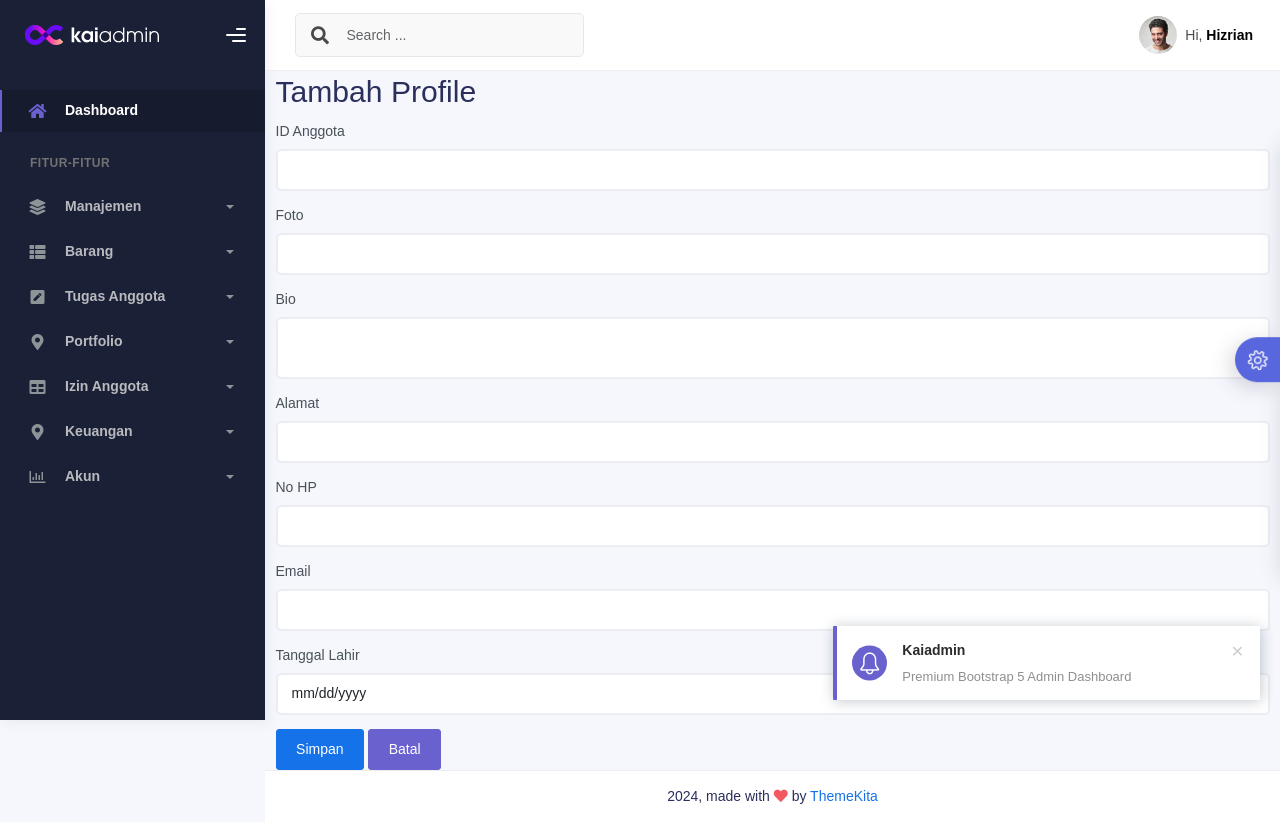
Repository: fatkquladhim/multimedia_laravel
Page: http://localhost/profile/create
These files come from the project's save history. The page is drawn as it stood at one moment and after the next save; the edit follows.
The browser window is 1280 px wide. The pictures show the whole page.
Some web fonts or font styles are not loaded; a fallback is used. The page is served by the project's Laravel application, run on PHP 8.4 with Laravel 12. A made-up administrator, Test User (test@example.com), is signed in.

Above is the page before, as saved 2025-08-17 09:36:34.
Console error: ReferenceError: jsVectorMap is not defined

After the next save:
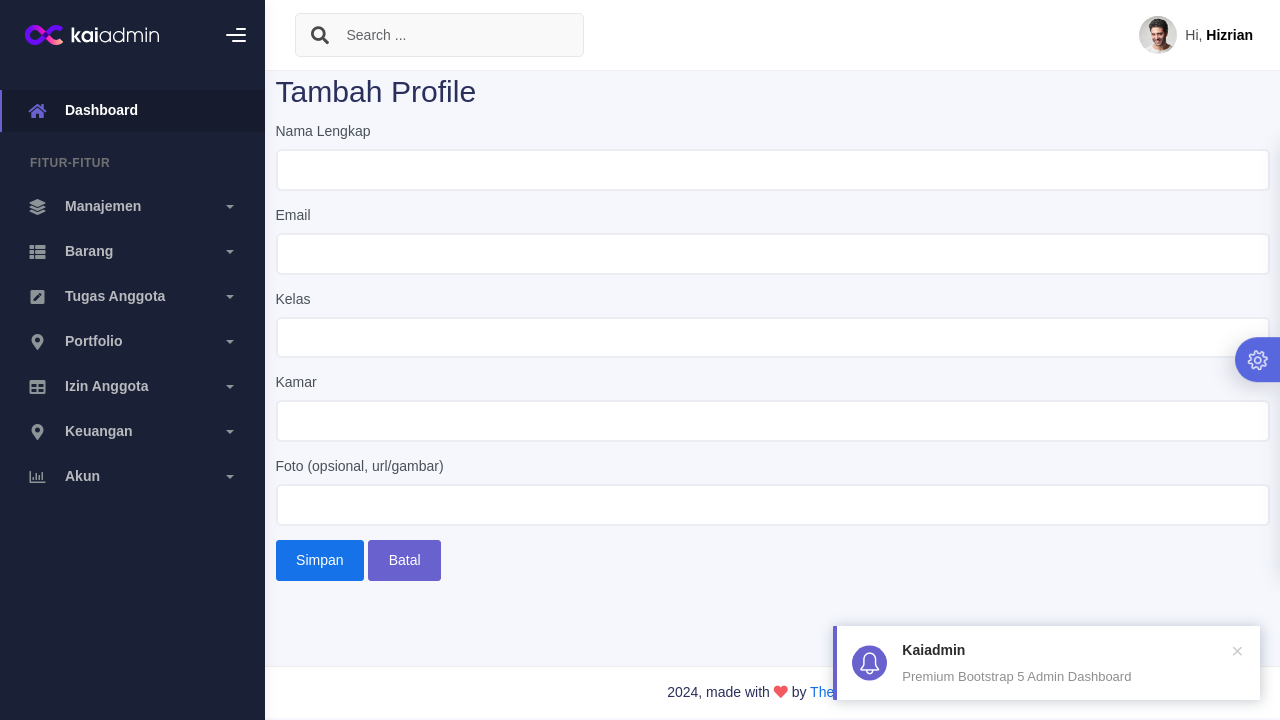
Saved 105 s later.
--- a/resources/views/profile/create.blade.php
+++ b/resources/views/profile/create.blade.php
@@ -5,32 +5,24 @@
     <form action="{{ route('profile.store') }}" method="POST">
         @csrf
         <div class="mb-3">
-            <label for="id_anggota" class="form-label">ID Anggota</label>
-            <input type="text" name="id_anggota" class="form-control" required>
-        </div>
-        <div class="mb-3">
-            <label for="foto" class="form-label">Foto</label>
-            <input type="text" name="foto" class="form-control">
-        </div>
-        <div class="mb-3">
-            <label for="bio" class="form-label">Bio</label>
-            <textarea name="bio" class="form-control"></textarea>
-        </div>
-        <div class="mb-3">
-            <label for="alamat" class="form-label">Alamat</label>
-            <input type="text" name="alamat" class="form-control">
-        </div>
-        <div class="mb-3">
-            <label for="no_hp" class="form-label">No HP</label>
-            <input type="text" name="no_hp" class="form-control">
+            <label for="nama_lengkap" class="form-label">Nama Lengkap</label>
+            <input type="text" name="nama_lengkap" class="form-control" required>
         </div>
         <div class="mb-3">
             <label for="email" class="form-label">Email</label>
-            <input type="email" name="email" class="form-control">
+            <input type="email" name="email" class="form-control" required>
         </div>
         <div class="mb-3">
-            <label for="tanggal_lahir" class="form-label">Tanggal Lahir</label>
-            <input type="date" name="tanggal_lahir" class="form-control">
+            <label for="kelas" class="form-label">Kelas</label>
+            <input type="text" name="kelas" class="form-control" required>
+        </div>
+        <div class="mb-3">
+            <label for="kamar" class="form-label">Kamar</label>
+            <input type="text" name="kamar" class="form-control" required>
+        </div>
+        <div class="mb-3">
+            <label for="foto" class="form-label">Foto (opsional, url/gambar)</label>
+            <input type="text" name="foto" class="form-control">
         </div>
         <button type="submit" class="btn btn-primary">Simpan</button>
         <a href="{{ route('profile.index') }}" class="btn btn-secondary">Batal</a>
